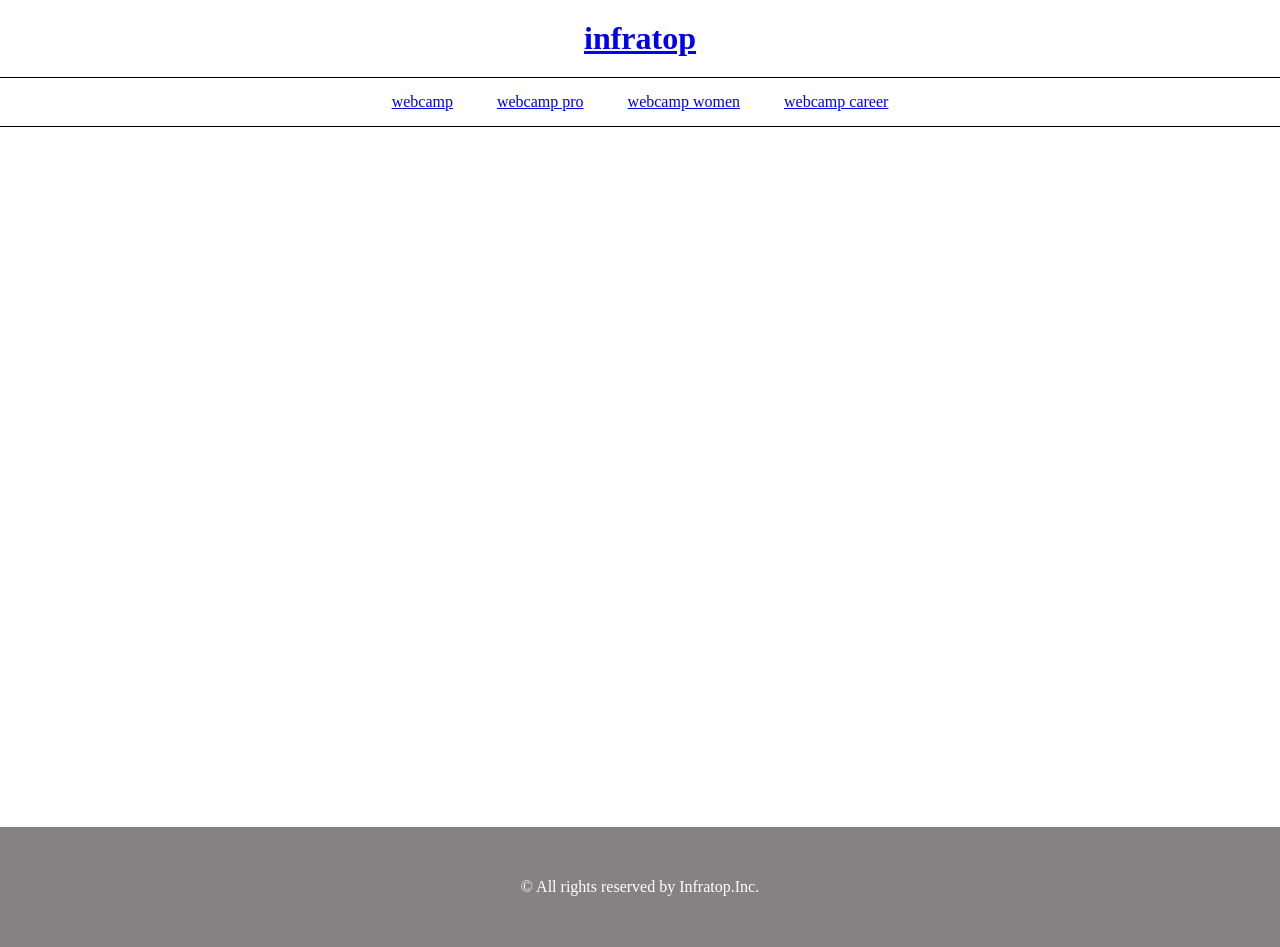
Repository: CarAll02/git-practice
Page: chapter5_exercise/index.html
The author's editor kept a record of every edit. The page is drawn from the files as they stood at one moment, then again after the next edit.
The browser window is 1280 px wide. The pictures show the whole page.

Above is the page before.

After the next edit:
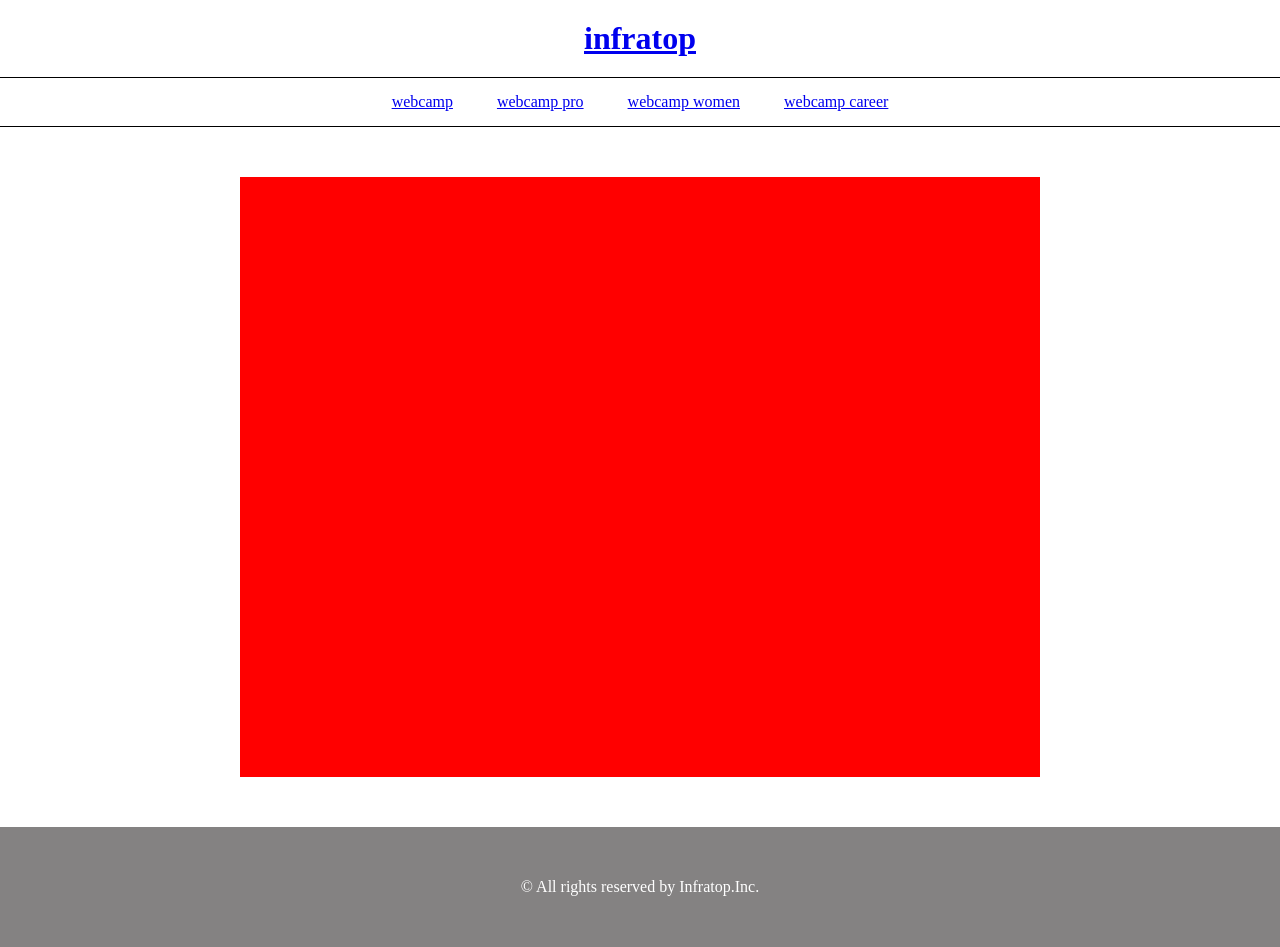
The edit:
--- a/chapter5_exercise/index.html
+++ b/chapter5_exercise/index.html
@@ -36,7 +36,7 @@
 
     <!--main用のdiv-->
     <div class="main">
-      <div class="green">
+      <div class="box">
         <div class="green1"></div>
         <div class="green2"></div>
         <div class="green3"></div>

After the 3 edits that followed:
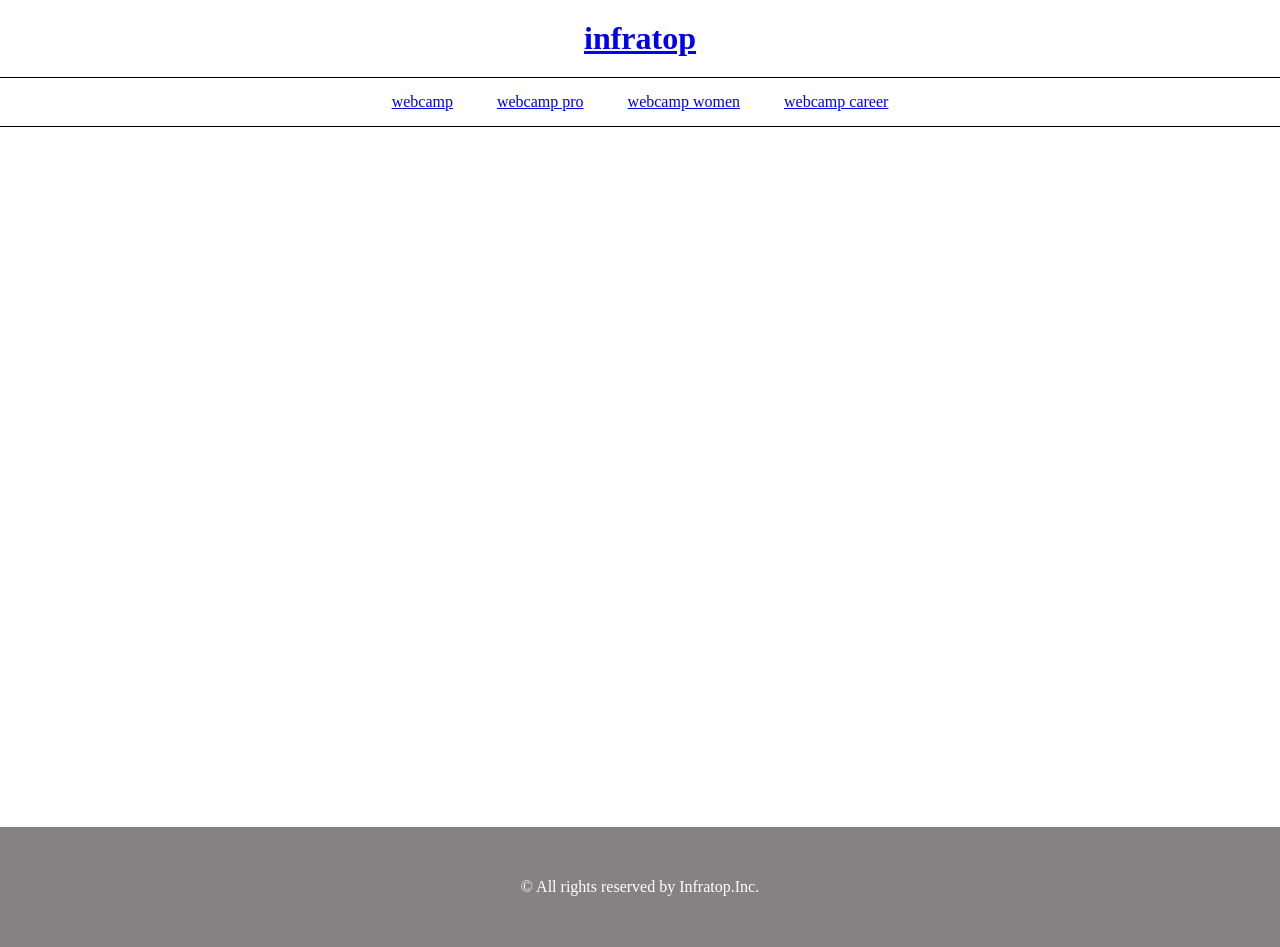
The 3 edits are shown as one change because 2 left the picture as it was.
The edit:
--- a/chapter5_exercise/index.html
+++ b/chapter5_exercise/index.html
@@ -36,19 +36,14 @@
 
     <!--main用のdiv-->
     <div class="main">
-      <div class="box">
         <div class="green1"></div>
         <div class="green2"></div>
         <div class="green3"></div>
         <div class="green4"></div>
-      </div>
-      <div class="yellow">
         <div class="yellow1"></div>
         <div class="yellow2"></div>
         <div class="yellow3"></div>
         <div class="yellow4"></div>
-      </div>
-      <div class="blue">
         <div class="blue1"></div>
         <div class="blue2"></div>
         <div class="blue3"></div>
